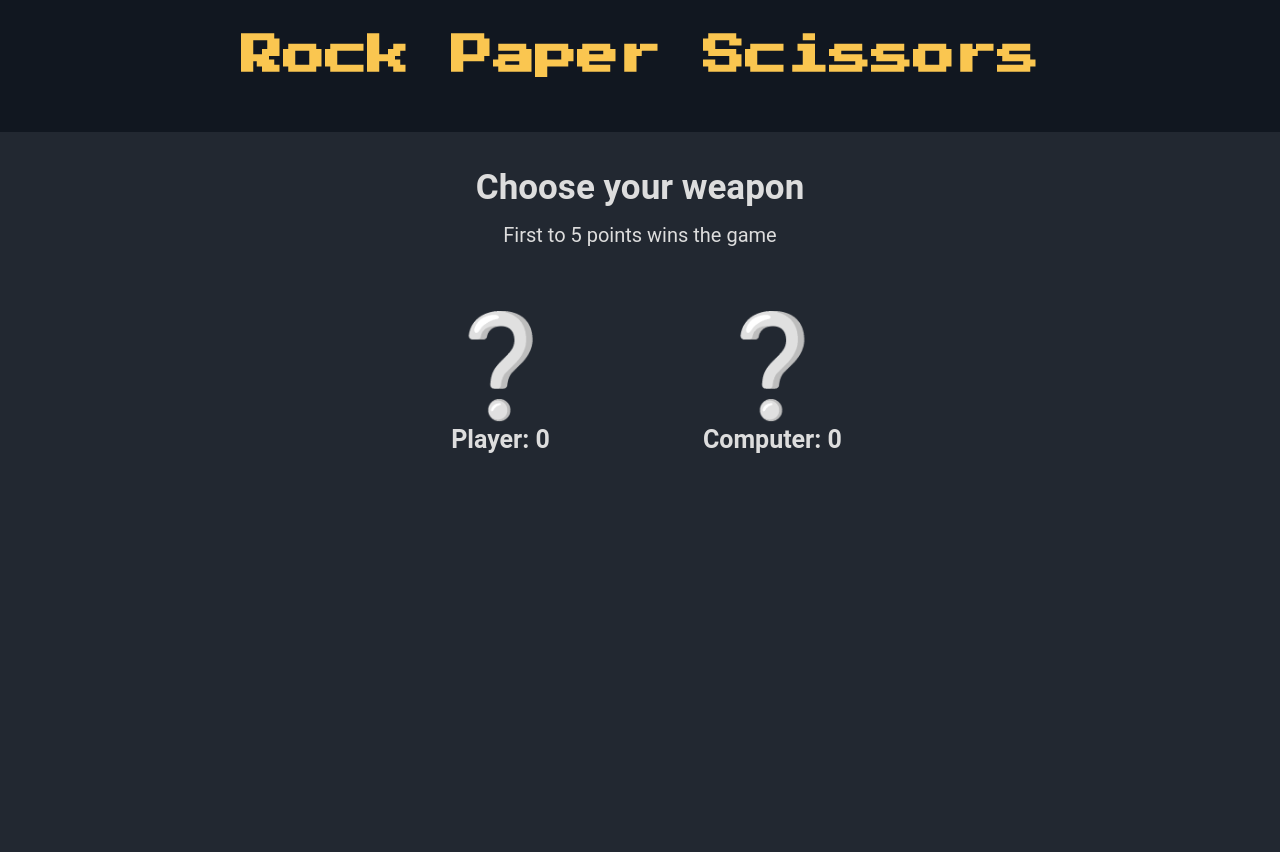
Repository: Aaryan-Poria/Rock-Paper-Scissors
Page: index.html
An editor plug-in stored every save of this project. The page is shown before and after the next save, followed by the edit.
The browser window is 1280 px wide. The pictures show the whole page.

Above is the page before, as saved 2023-08-22 23:16:22.

### index.html
<!DOCTYPE html>
<html lang="en">
  <head>
    <meta charset="UTF-8" />
    <meta name="viewport" content="width=device-width, initial-scale=1.0" />
    <title>Rock Paper Scissors</title>
    <link rel="preconnect" href="https://fonts.googleapis.com" />
    <link rel="preconnect" href="https://fonts.gstatic.com" crossorigin />
    <link
      href="https://fonts.googleapis.com/css2?family=Press+Start+2P&display=swap"
      rel="stylesheet"
    />
    <link rel="stylesheet" href="style.css" />
  </head>

  <body>
    <section class="head">
      <h2>Rock Paper Scissors</h2>
    </section>
    <section class="main">
      <div class="main-text">
        <h3>Choose your weapon</h3>
        <p>First to 5 points wins the game</p>
      </div>
      <div class="text-content">
        <div class="info player">
          <p class="qmark 1">❔</p>
          <p class="score 1">Player: 0</p>
        </div>
        <div class="info comp">
          <p class="qmark 2">❔</p>
          <p class="score 2">Computer: 0</p>
        </div>
      </div>
    </section>
  </body>
</html>

### style.css
body {
  margin: 0;
  padding: 0;
  display: flex;
  flex-direction: column;
  min-height: 100%;
  min-width: 100%;
}
.head {
  display: flex;
  justify-content: center;
  align-items: center;
  color: #fac650;
  background-color: #111720;
  font-family: "Press Start 2P", cursive;
  height: 7rem;
  font-size: 1.75rem;
  padding-bottom: 20px;
}
.main {
  display: flex;
  flex-grow: 1;
  height: 100vh;
  flex-direction: column;
  background-color: #222831;
  color: #dddddd;
  font-family: "Roboto", sans-serif;
  align-items: center;
  /* border: 1px solid red; */
}

.main-text {
  /* border: 1px solid green; */
  display: flex;
  flex-direction: column;
  justify-content: center;
  align-items: center;
}
.main-text > h3 {
  font-size: 35px;
}
.main-text > p {
  font-size: 20px;
  margin-top: -20px;
}
.text-content {
  display: flex;
  width: 100%;
  /* border: 1px solid yellow; */
  display: flex;
  font-size: 25px;
  font-weight: bold;
  justify-content: center;
  align-items: center;
  gap: 140px;
  margin-top: 40px;
}
.info {
  display: flex;
  flex-direction: column;
  justify-content: center;
  align-items: center;
}
.qmark {
  font-weight: 100;
  margin: 0;
  padding: 0;
  font-size: 100px;
}
.score {
  margin: 0;
}

After the next save:
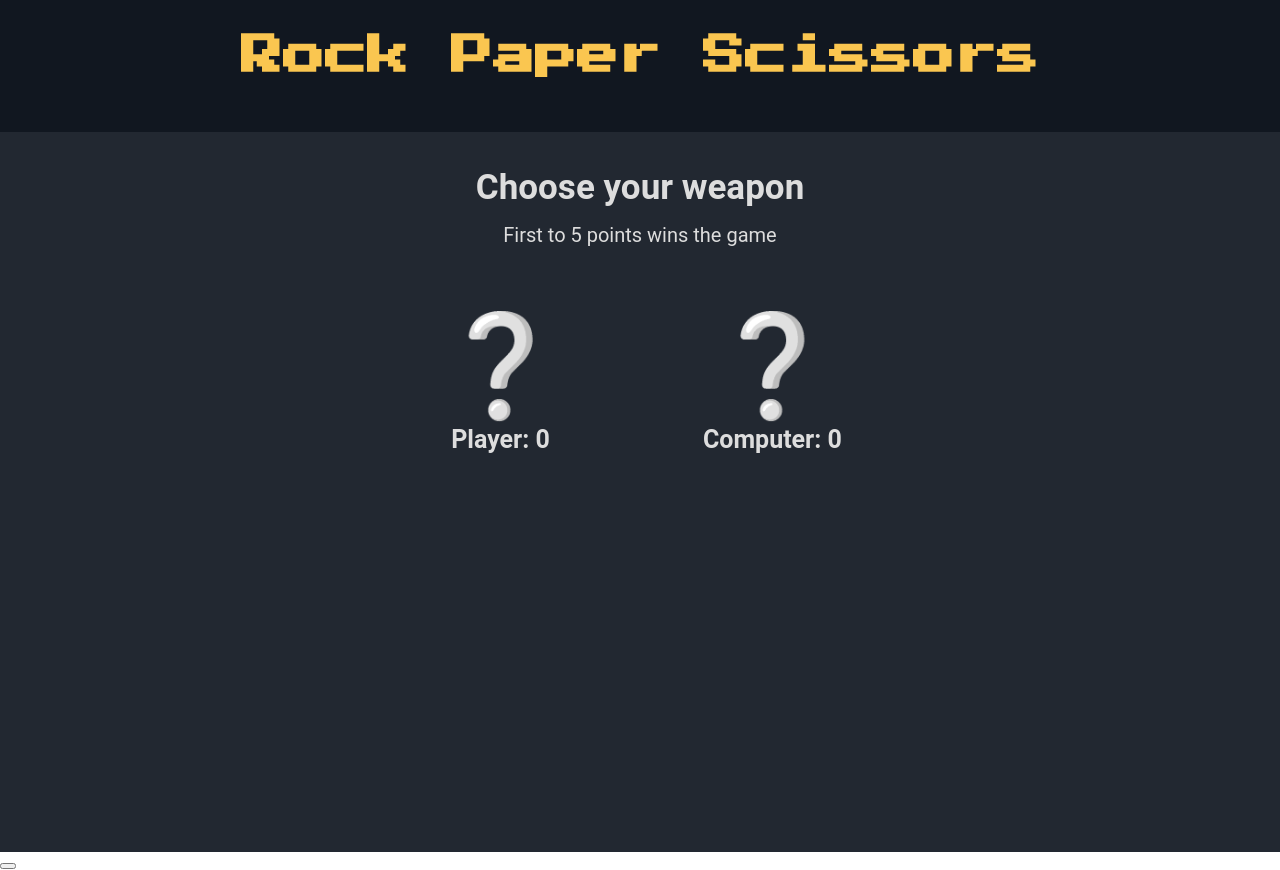
Saved 109 s later.
--- a/index.html
+++ b/index.html
@@ -33,5 +33,8 @@
         </div>
       </div>
     </section>
+    <section class="choices">
+      <button class="option"></button>
+    </section>
   </body>
 </html>
